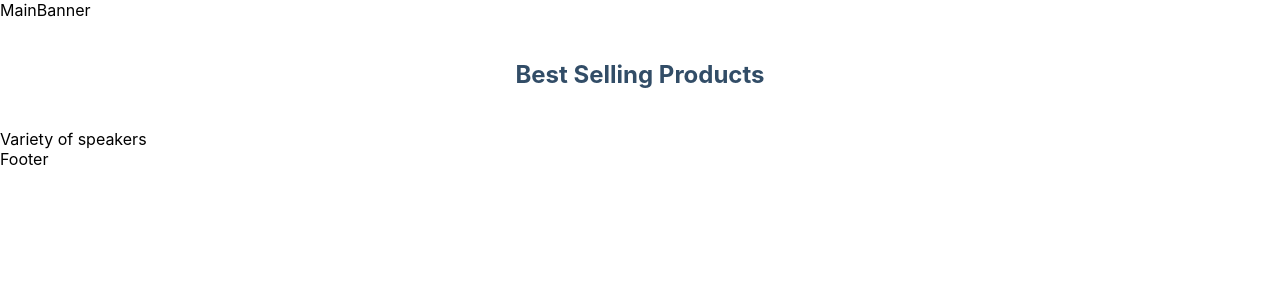
Repository: Ayush-dixit-15/AD_Headphones
Page: /
An editor plug-in stored every save of this project. The page is shown before and after the next save, followed by the edit.
The browser window is 1280 px wide. The pictures show the whole page.
The project was rebuilt for these pictures with package versions that can differ from the ones it lists, and the page was loaded fresh each time. The framework's server and built-in components were replaced by stand-ins that run in the browser. Also part of the build but not shown: next.config.js.

Above is the page before, as saved 2022-07-20 02:30:38.

After the next save:
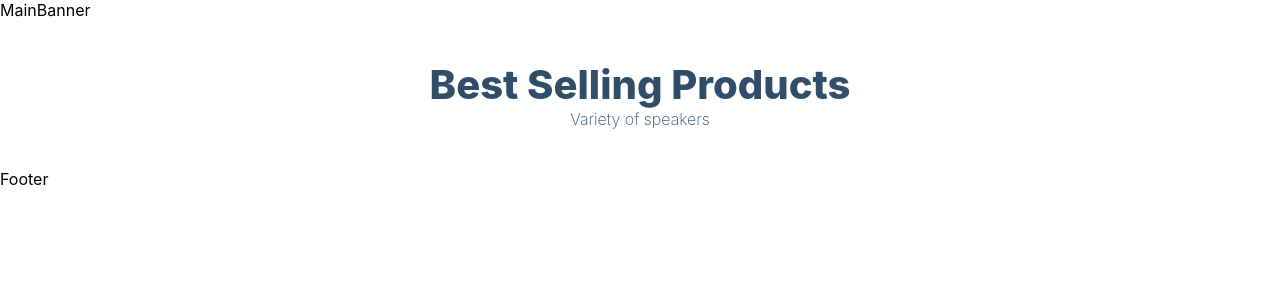
Saved 35 s later.
--- a/pages/index.js
+++ b/pages/index.js
@@ -5,8 +5,8 @@ const Home = () => {
     <>
         MainBanner
 
-        <div>
-          <h2 className='products-heading'>
+        <div  className='products-heading'>
+          <h2>
             Best Selling Products
           </h2>
           <p>
